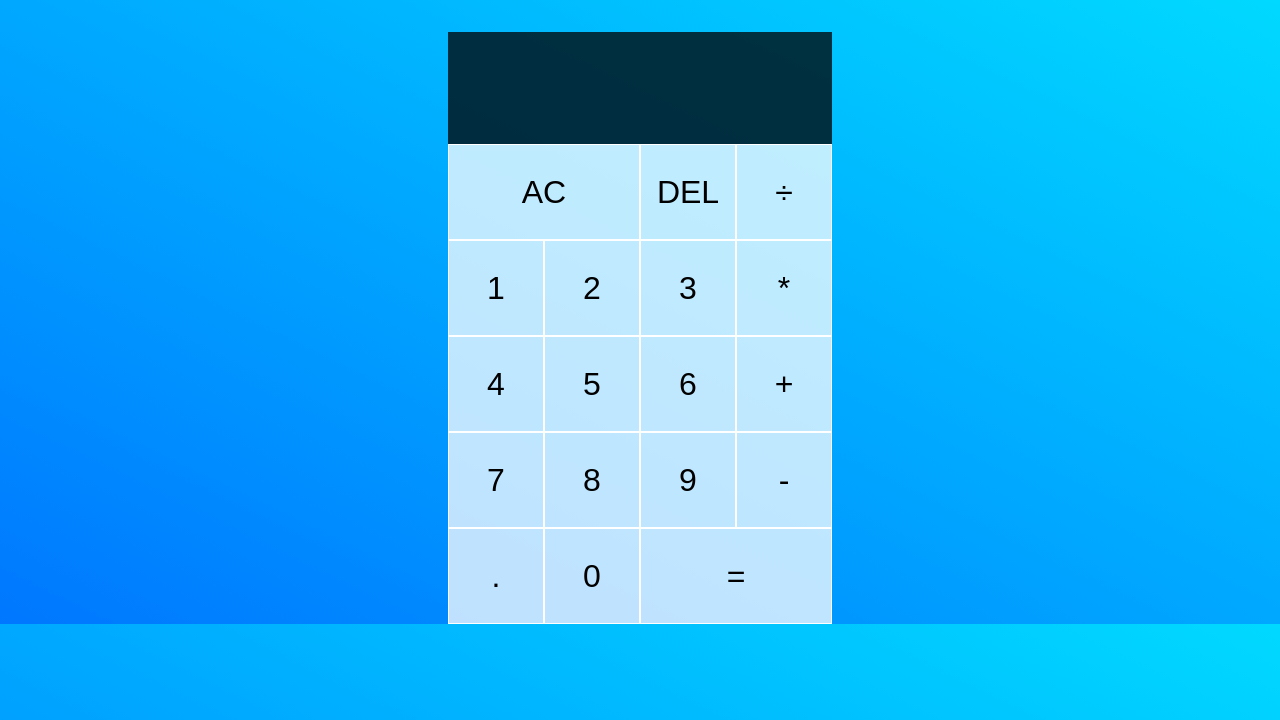
Repository: Ellisvelandia/Calculator
Page: /
An editor plug-in stored every save of this project. The page is shown before and after the next save, followed by the edit.
The browser window is 1280 px wide. The pictures show the whole page.
The project was rebuilt for these pictures with package versions that can differ from the ones it lists, and the page was loaded fresh each time. Also part of the build but not shown: craco.config.js, src/index.css.

Above is the page before, as saved 2022-08-16 15:27:59.

After the next save:
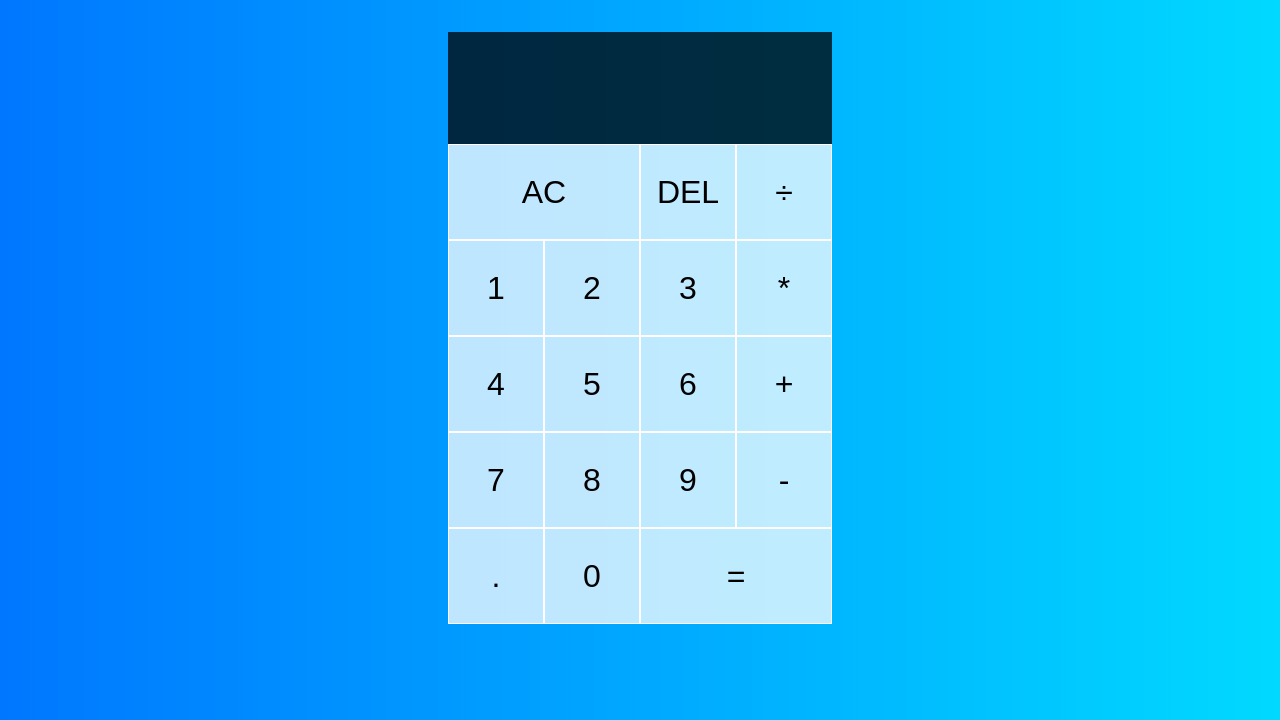
Saved 17 s later.
--- a/src/App.css
+++ b/src/App.css
@@ -6,7 +6,7 @@
 
 body {
   margin: 0;
-  background: linear-gradient(to right top, rgb(0, 119, 255), rgb(0, 217, 255));
+  background: linear-gradient(to right, rgb(0, 119, 255), rgb(0, 217, 255));
 }
 
 .calculator-grid {
